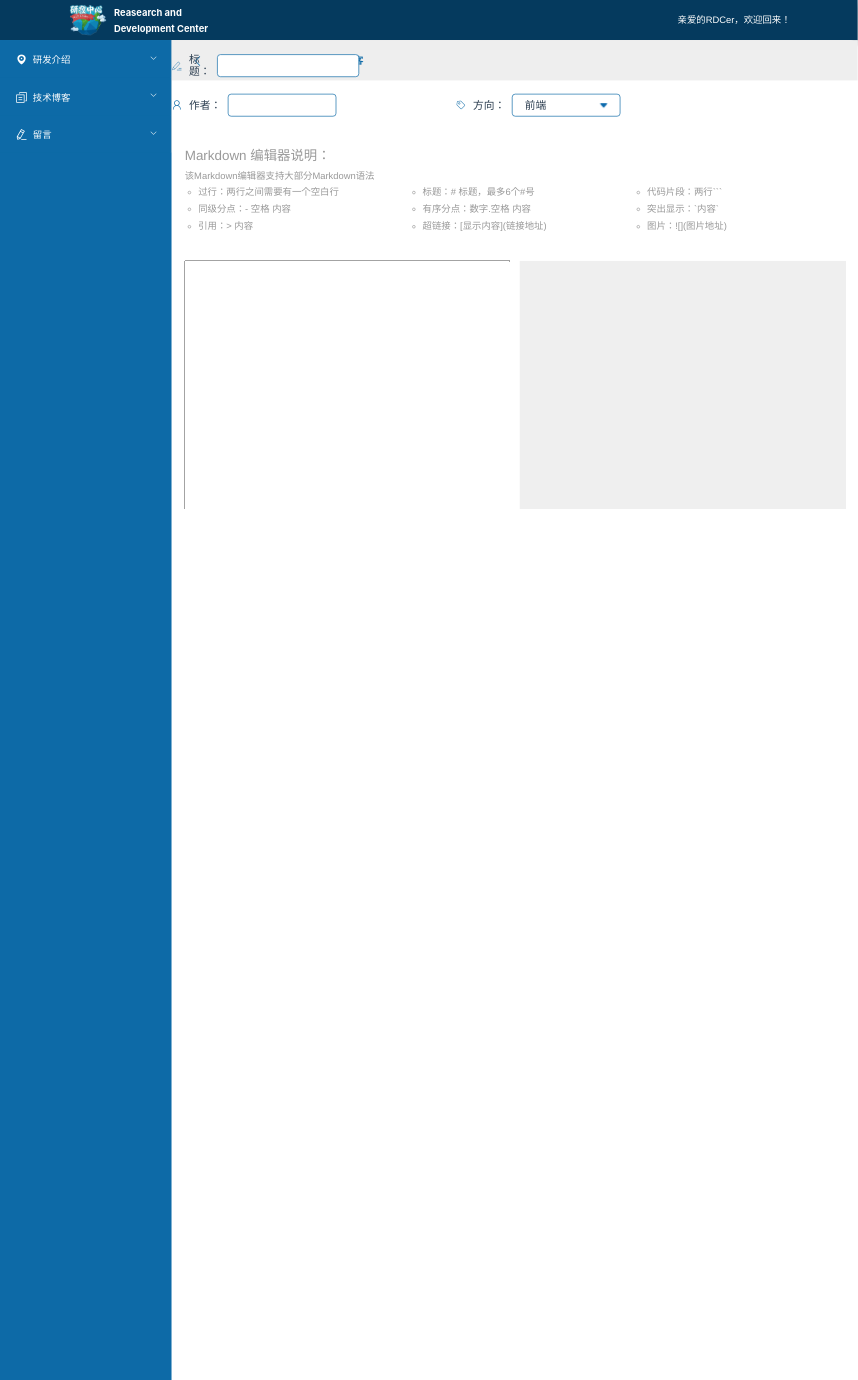
Repository: roger-hub/RDC-front-program
Page: /createblog
The author's editor kept a copy of each file at every save. The page is drawn from the files as they stood at one save, then again after the next save.
The browser window is 1280 px wide. The pictures show the whole page, at 67% of full size.
An inner scrolling area shows only its first screen. The project was rebuilt for these pictures with package versions that can differ from the ones it lists, and the page was loaded fresh each time. Also part of the build but not shown: vue.config.js, src/views/Home.vue, src/views/Login.vue, src/components/UnMessage.vue, src/views/CheckMessage.vue, src/components/PushComment.vue, src/components/ReplyArea.vue, src/components/EachMessage.vue and 1 more.

Above is the page before, as saved 2020-08-21 20:26:09.

After the next save:
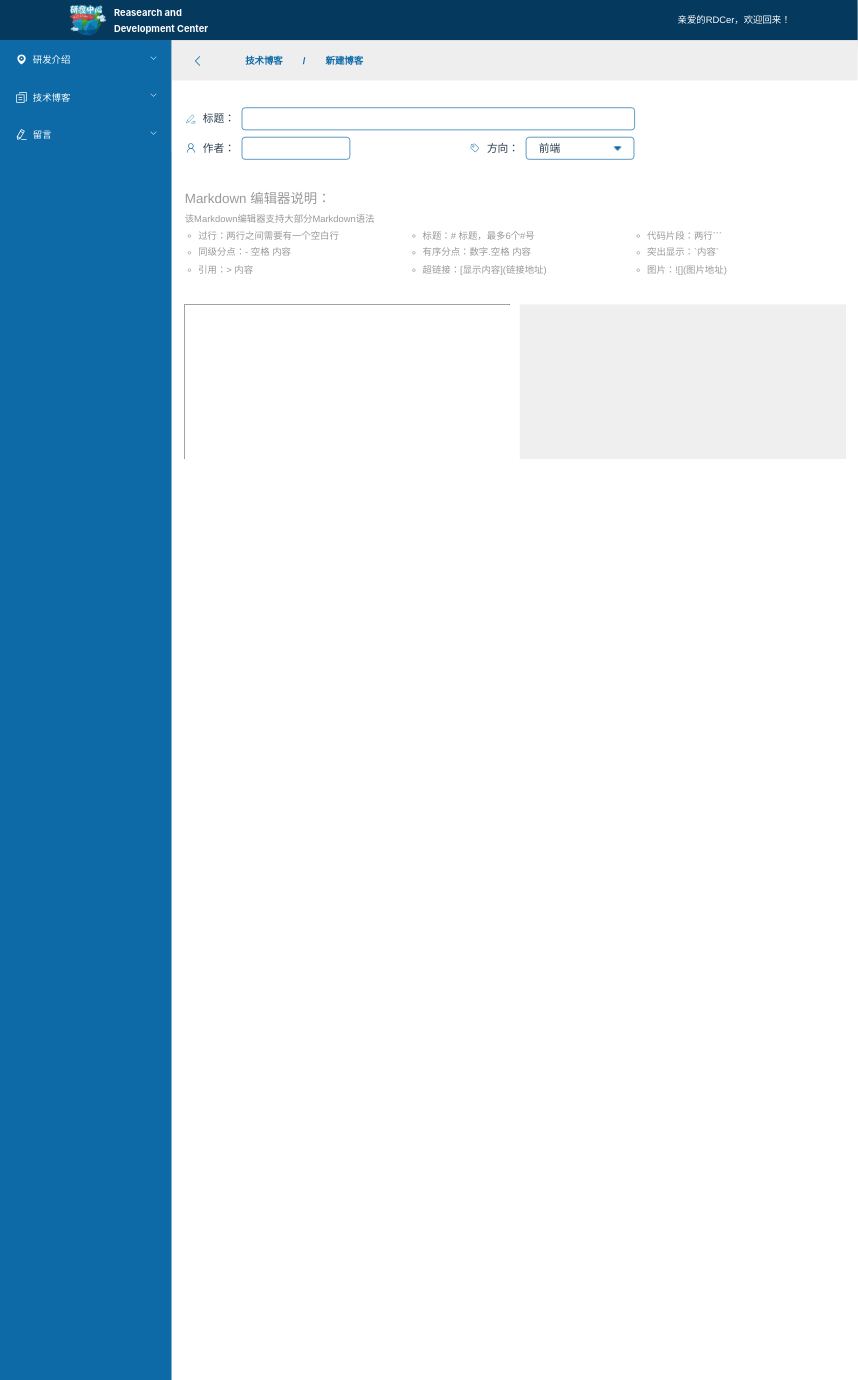
Saved 84 s later.
--- a/src/views/blogWrite.vue
+++ b/src/views/blogWrite.vue
@@ -7,9 +7,9 @@
         </SubBar>
         <Aside class="aside"/>
 
-        <blogInfo/>
 
         <div class="inner">
+            <blogInfo/>
             <div class="introduce">
             <div>Markdown 编辑器说明：</div>
             <div>该Markdown编辑器支持大部分Markdown语法</div>
@@ -116,22 +116,21 @@
         float: right;
     }
 
+    .inner::-webkit-scrollbar{
+        width: 30px;
+    }
 
-.inner::-webkit-scrollbar{
-    width: 30px;
-}
-
-.inner::-webkit-scrollbar {
-/*滚动条整体样式*/
-width : 10px;  /*高宽分别对应横竖滚动条的尺寸*/
-height: 1px;
-}
-.inner::-webkit-scrollbar-thumb {
-/*滚动条里面小方块*/
-border-radius: 10px;
-box-shadow: inset 0 0 5px rgba(0, 0, 0, 0.2);
-background: #535353;
-}
+    .inner::-webkit-scrollbar {
+    /*滚动条整体样式*/
+    width : 10px;  /*高宽分别对应横竖滚动条的尺寸*/
+    height: 1px;
+    }
+    .inner::-webkit-scrollbar-thumb {
+    /*滚动条里面小方块*/
+    border-radius: 10px;
+    box-shadow: inset 0 0 5px rgba(0, 0, 0, 0.2);
+    background: #535353;
+    }
 
     .introduce{
         line-height: 1.8;
